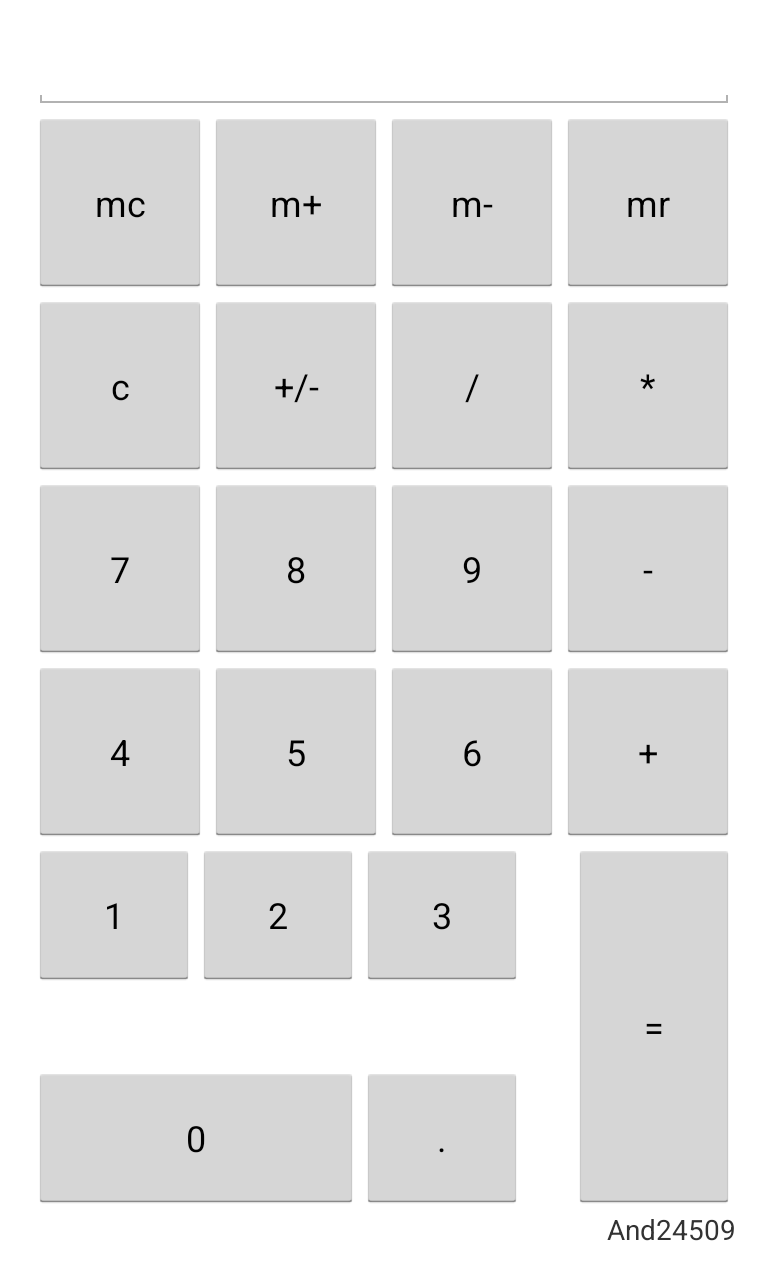
Repository: ericluo1123/myAndroidCode
Layout: myHomeWork/res/layout/activity_main.xml
These files come from the project's save history. The layout is drawn as it stood at one moment and after the next save; the edit follows.
It is drawn on a 768 x 1280 px phone screen (xhdpi) without system bars, with theme AppTheme; the app's code is not run.

Above is the layout before, as saved 2014-09-30 12:05:55.

After the next save:
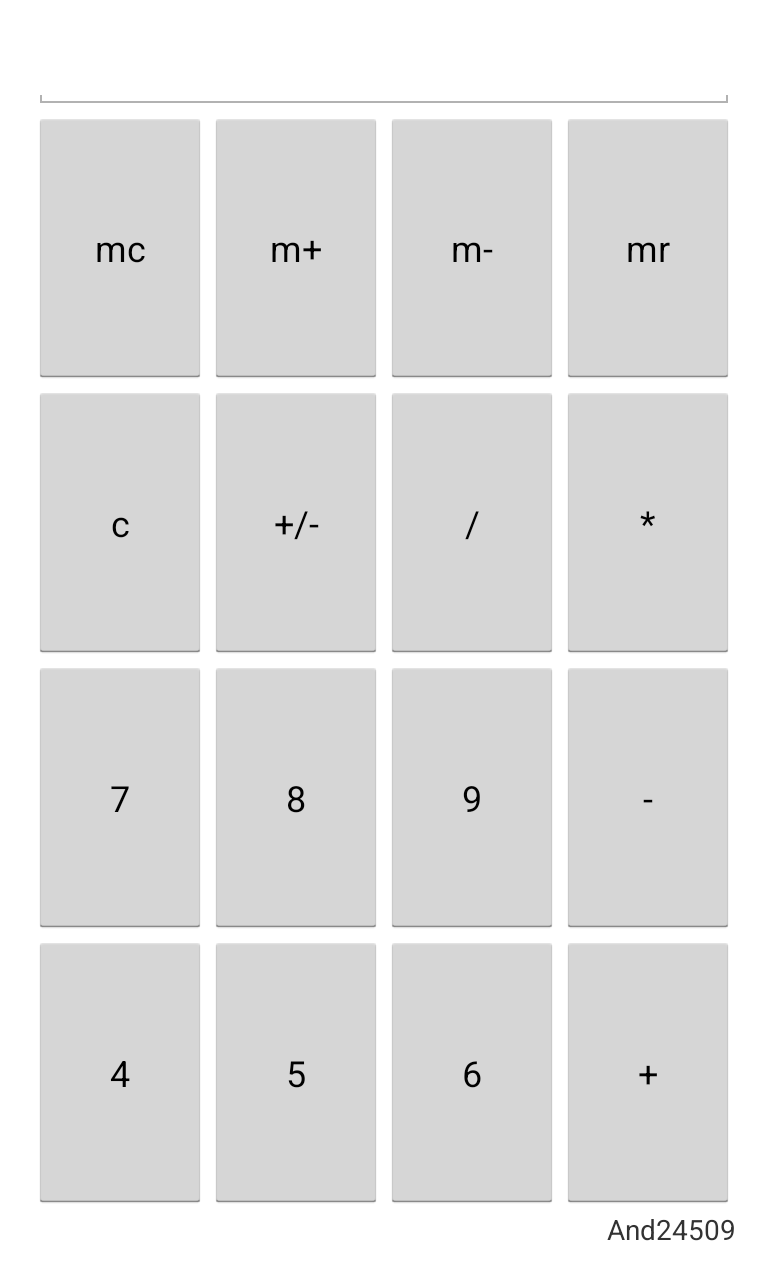
Saved 10 min 53 s later.
--- a/myHomeWork/res/layout/activity_main.xml
+++ b/myHomeWork/res/layout/activity_main.xml
@@ -175,101 +175,6 @@
 
         </LinearLayout>
 
-        <RelativeLayout
-            android:layout_width="match_parent"
-            android:layout_height="0dp"
-            android:layout_weight="2" >
-
-            <RelativeLayout
-                android:id="@+id/relativeLayout2"
-                android:layout_width="wrap_content"
-                android:layout_height="wrap_content"
-                android:layout_alignParentLeft="true"
-                android:layout_alignParentTop="true"
-                android:layout_toLeftOf="@+id/relativeLayout4" >
-
-                <Button
-                    android:id="@+id/button17"
-                    android:layout_width="82dp"
-                    android:layout_height="72dp"
-                    android:layout_alignParentLeft="true"
-                    android:layout_alignParentTop="true"
-                    android:text="1" />
-
-                <Button
-                    android:id="@+id/button18"
-                    android:layout_width="82dp"
-                    android:layout_height="72dp"
-                    android:layout_alignParentTop="true"
-                    android:layout_toRightOf="@+id/button17"
-                    android:text="2" />
-
-                <Button
-                    android:id="@+id/button19"
-                    android:layout_width="82dp"
-                    android:layout_height="72dp"
-                    android:layout_alignParentTop="true"
-                    android:layout_toRightOf="@+id/button18"
-                    android:text="3" />
-            </RelativeLayout>
-
-            <RelativeLayout
-                android:id="@+id/relativeLayout3"
-                android:layout_width="wrap_content"
-                android:layout_height="wrap_content"
-                android:layout_alignParentBottom="true"
-                android:layout_alignParentLeft="true"
-                android:layout_below="@+id/relativeLayout2" >
-            </RelativeLayout>
-
-            <RelativeLayout
-                android:layout_width="wrap_content"
-                android:layout_height="wrap_content"
-                android:layout_alignRight="@+id/relativeLayout2"
-                android:layout_below="@+id/relativeLayout2"
-                android:layout_toRightOf="@+id/relativeLayout4" >
-
-                <Button
-                    android:id="@+id/button21"
-                    android:layout_width="82dp"
-                    android:layout_height="72dp"
-                    android:layout_alignParentBottom="true"
-                    android:text="." />
-
-            </RelativeLayout>
-
-            <RelativeLayout
-                android:layout_width="wrap_content"
-                android:layout_height="wrap_content"
-                android:layout_alignParentRight="true"
-                android:layout_alignParentTop="true" >
-
-                <Button
-                    android:id="@+id/button22"
-                    android:layout_width="82dp"
-                    android:layout_height="wrap_content"
-                    android:layout_alignParentBottom="true"
-                    android:layout_alignParentLeft="true"
-                    android:layout_alignParentTop="true"
-                    android:text="=" />
-            </RelativeLayout>
-
-            <RelativeLayout
-                android:layout_width="wrap_content"
-                android:layout_height="wrap_content"
-                android:layout_alignTop="@+id/relativeLayout3"
-                android:layout_toRightOf="@+id/relativeLayout3" >
-
-                <Button
-                    android:id="@+id/button20"
-                    android:layout_width="164dp"
-                    android:layout_height="72dp"
-                    android:layout_alignParentBottom="true"
-                    android:text="0" />
-
-            </RelativeLayout>
-        </RelativeLayout>
-
     </LinearLayout>
 
 </RelativeLayout>
